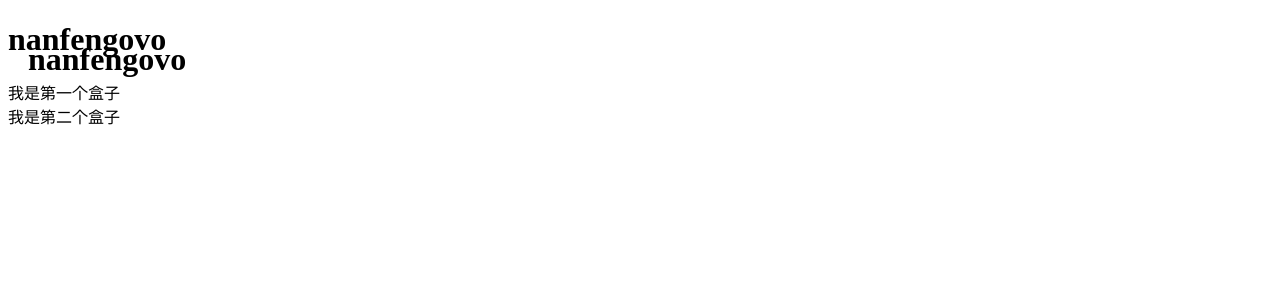
Repository: nanfengovo/CSS
Page: shadow.html
The author's editor kept a copy of each file at every save. The page is drawn from the files as they stood at one save, then again after the next save.
The browser window is 1280 px wide. The pictures show the whole page.

Above is the page before, as saved 2025-01-01 09:48:48.

### shadow.html
<!DOCTYPE html>
<html lang="en">
<head>
    <meta charset="UTF-8">
    <meta name="viewport" content="width=device-width, initial-scale=1.0">
    <title>CSS阴影</title>
    <style>
        h1{
            text-shadow: 20px 20px;
        }
    </style>
</head>
<body>
    <!--文字阴影   盒子(box)阴影-->
    <h1>nanfengovo</h1>
    <div id="div_1">
        我是第一个盒子
    </div>
    <div id="div_2">
        我是第二个盒子
    </div>
</body>
</html>

After the next save:
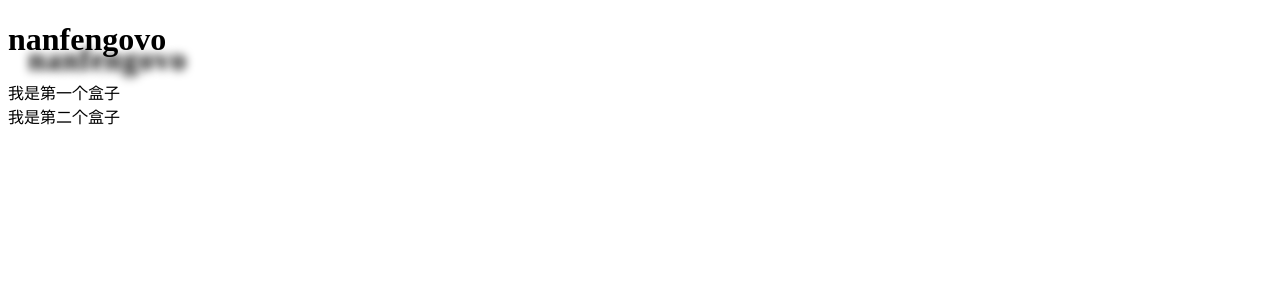
Saved 2 min 7 s later.
--- a/shadow.html
+++ b/shadow.html
@@ -6,7 +6,7 @@
     <title>CSS阴影</title>
     <style>
         h1{
-            text-shadow: 20px 20px;
+            text-shadow: 20px 20px 10px;
         }
     </style>
 </head>
